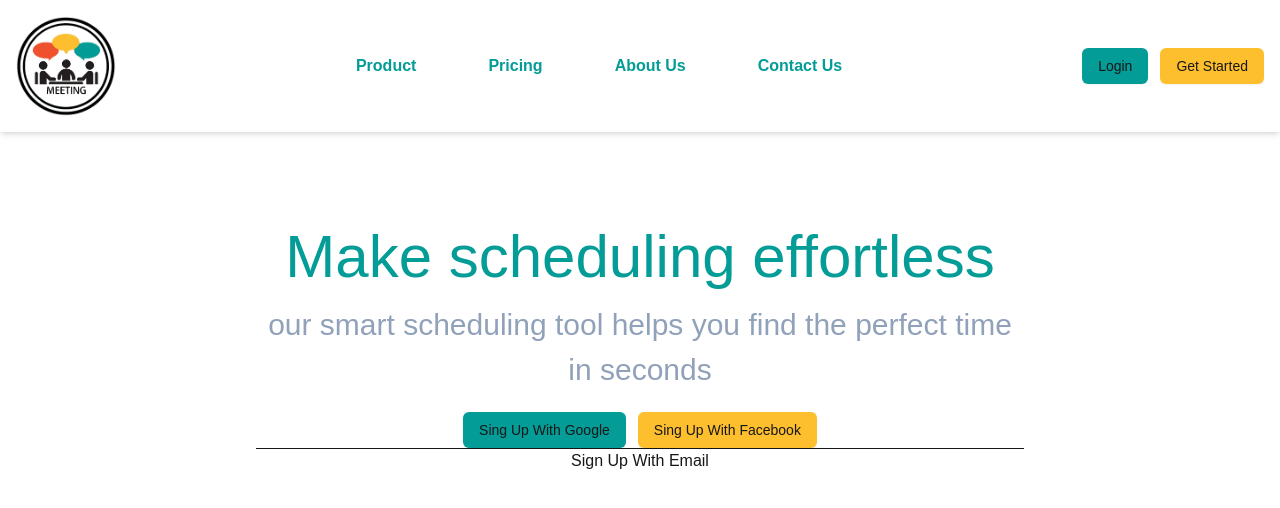
Repository: walaa-horani/scheduleMeetingNextjs
Page: /
These files come from the project's save history. The page is drawn as it stood at one moment and after the next save; the edit follows.
The browser window is 1280 px wide. The pictures show the whole page.
The project was rebuilt for these pictures with package versions that can differ from the ones it lists, and the page was loaded fresh each time. The framework's server and built-in components were replaced by stand-ins that run in the browser. Also part of the build but not shown: next.config.mjs.

Above is the page before, as saved 2025-05-21 22:33:38.

### app/page.js
import Image from "next/image";
import Header from "./_components/Header";
export default function Home() {
  return (
    <div >
      <Header/>
    </div>
  );
}

### app/_components/Header.js
import React from 'react'
import Image from 'next/image'
import { Button } from '@/components/ui/button'
import Link from 'next/link'
function Header() {
  return (
    <div>
        <div className='flex justify-between items-center p-4 shadow-md'>
            <Image className='w-[70px] md:w-[100px]' width={70} height={70} alt='logo' src="/logo.png"/>

            <ul className=' hidden text-[#039C96] font-bold  md:flex gap-14'>
                <li className= 'hover:bg-[#d0efee] transition-all duration-300 p-2 cursor-pointer'>Product</li>
                 <li className= 'hover:bg-[#d0efee] transition-all duration-300 p-2 cursor-pointer'>Pricing</li>
                  <li className= 'hover:bg-[#d0efee] transition-all duration-300 p-2 cursor-pointer'>About Us</li>
                   <li className= 'hover:bg-[#d0efee] transition-all duration-300 p-2 cursor-pointer'>Contact Us</li>
            </ul>

            <div >
                <Button className="bg-[#039C96] mr-3 cursor-pointer">Login</Button>
                 <Button className="bg-[#FEBF2F] cursor-pointer">Get Started</Button>
            </div>
        </div>

        <div className='text-center mt-20 max-w-3xl m-auto'>
          <h1 className=' text-[40px] md:text-[60px] text-[#039C96]'>Make scheduling effortless</h1>
          <h1 className='text-[30px] text-slate-400'> our smart scheduling tool helps you find the perfect time in seconds </h1>


            <div className='mt-5'>
                <Button className="bg-[#039C96] mr-3 cursor-pointer">Sing Up With Google</Button>
                 <Button className="bg-[#FEBF2F] cursor-pointer">Sing Up With Facebook</Button>
            </div>
            <hr/>
            <h2><Link href="" className="text-primary">Sign Up With Email</Link> </h2>
        </div>
    </div>
  )
}

export default Header

### components/ui/button.jsx
import * as React from "react"
import { Slot } from "@radix-ui/react-slot"
import { cva } from "class-variance-authority";

import { cn } from "@/lib/utils"

const buttonVariants = cva(
  "inline-flex items-center justify-center gap-2 whitespace-nowrap rounded-md text-sm font-medium transition-all disabled:pointer-events-none disabled:opacity-50 [&_svg]:pointer-events-none [&_svg:not([class*='size-'])]:size-4 shrink-0 [&_svg]:shrink-0 outline-none focus-visible:border-ring focus-visible:ring-ring/50 focus-visible:ring-[3px] aria-invalid:ring-destructive/20 dark:aria-invalid:ring-destructive/40 aria-invalid:border-destructive",
  {
    variants: {
      variant: {
        default:
          "bg-[#039C96] text-primary-foreground shadow-xs hover:bg-primary/90",
        destructive:
          "bg-destructive text-white shadow-xs hover:bg-destructive/90 focus-visible:ring-destructive/20 dark:focus-visible:ring-destructive/40 dark:bg-destructive/60",
        outline:
          "border bg-background shadow-xs hover:bg-accent hover:text-accent-foreground dark:bg-input/30 dark:border-input dark:hover:bg-input/50",
        secondary:
          "bg-secondary text-secondary-foreground shadow-xs hover:bg-secondary/80",
        ghost:
          "hover:bg-accent hover:text-accent-foreground dark:hover:bg-accent/50",
        link: "text-primary underline-offset-4 hover:underline",
      },
      size: {
        default: "h-9 px-4 py-2 has-[>svg]:px-3",
        sm: "h-8 rounded-md gap-1.5 px-3 has-[>svg]:px-2.5",
        lg: "h-10 rounded-md px-6 has-[>svg]:px-4",
        icon: "size-9",
      },
    },
    defaultVariants: {
      variant: "default",
      size: "default",
    },
  }
)

function Button({
  className,
  variant,
  size,
  asChild = false,
  ...props
}) {
  const Comp = asChild ? Slot : "button"

  return (
    <Comp
      data-slot="button"
      className={cn(buttonVariants({ variant, size, className }))}
      {...props} />
  );
}

export { Button, buttonVariants }

Loaded but not shown: app/layout.js (common file); app/globals.css (common file); lib/utils.js (common file)

After the next save:
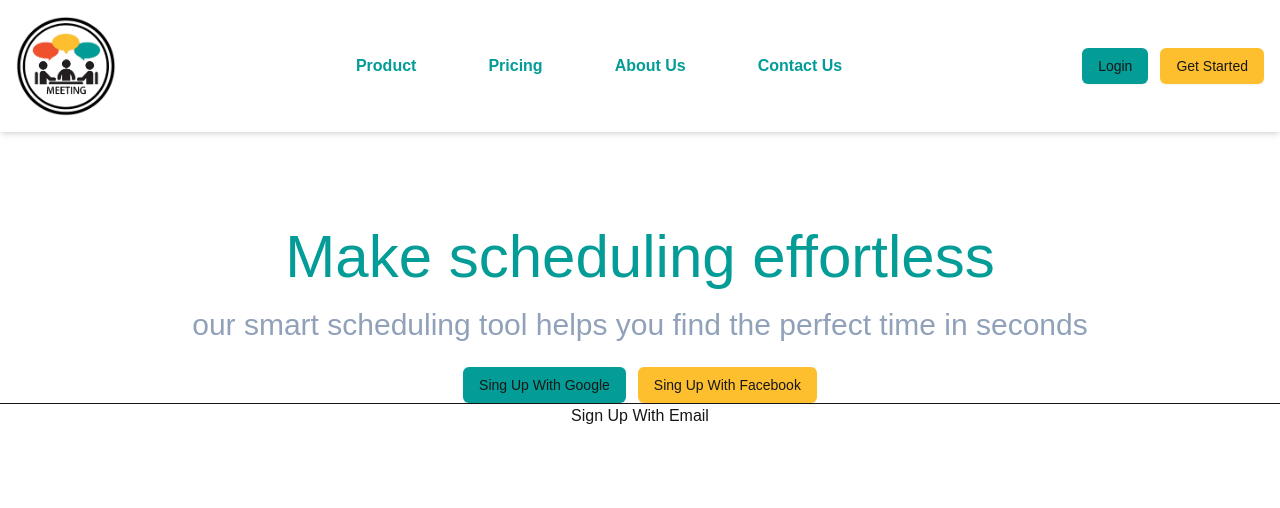
Saved 6 s later.
--- a/app/_components/Header.js
+++ b/app/_components/Header.js
@@ -21,7 +21,7 @@
             </div>
         </div>
 
-        <div className='text-center mt-20 max-w-3xl m-auto'>
+        <div className='text-center mt-20 '>
           <h1 className=' text-[40px] md:text-[60px] text-[#039C96]'>Make scheduling effortless</h1>
           <h1 className='text-[30px] text-slate-400'> our smart scheduling tool helps you find the perfect time in seconds </h1>
 

After the save that followed:
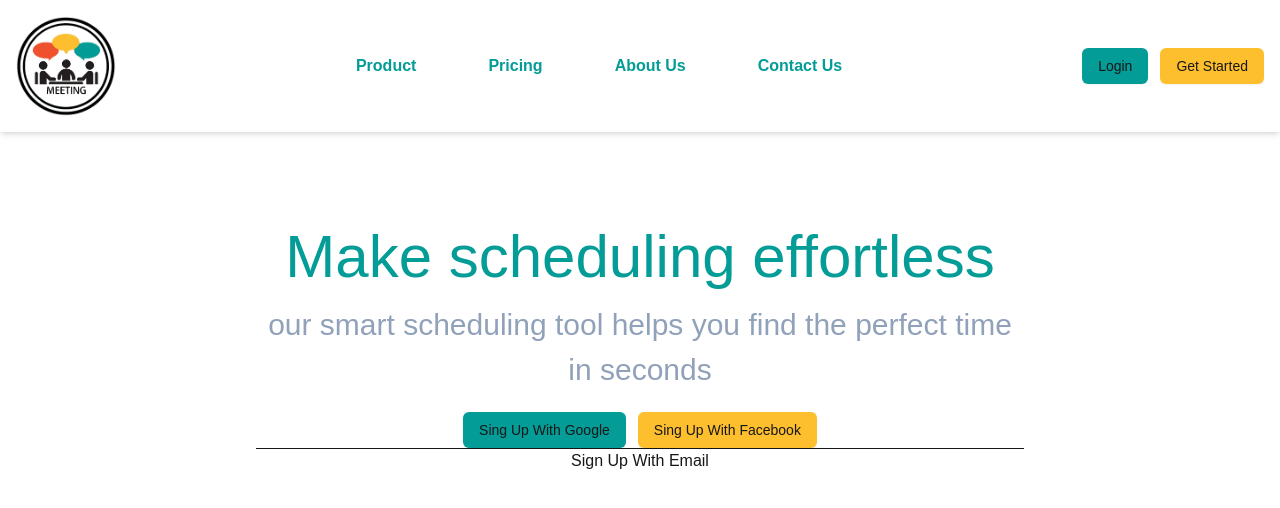
Saved 19 s later.
--- a/app/_components/Header.js
+++ b/app/_components/Header.js
@@ -21,7 +21,7 @@
             </div>
         </div>
 
-        <div className='text-center mt-20 '>
+        <div className='text-center mt-20 max-w-3xl m-auto'>
           <h1 className=' text-[40px] md:text-[60px] text-[#039C96]'>Make scheduling effortless</h1>
           <h1 className='text-[30px] text-slate-400'> our smart scheduling tool helps you find the perfect time in seconds </h1>
 
